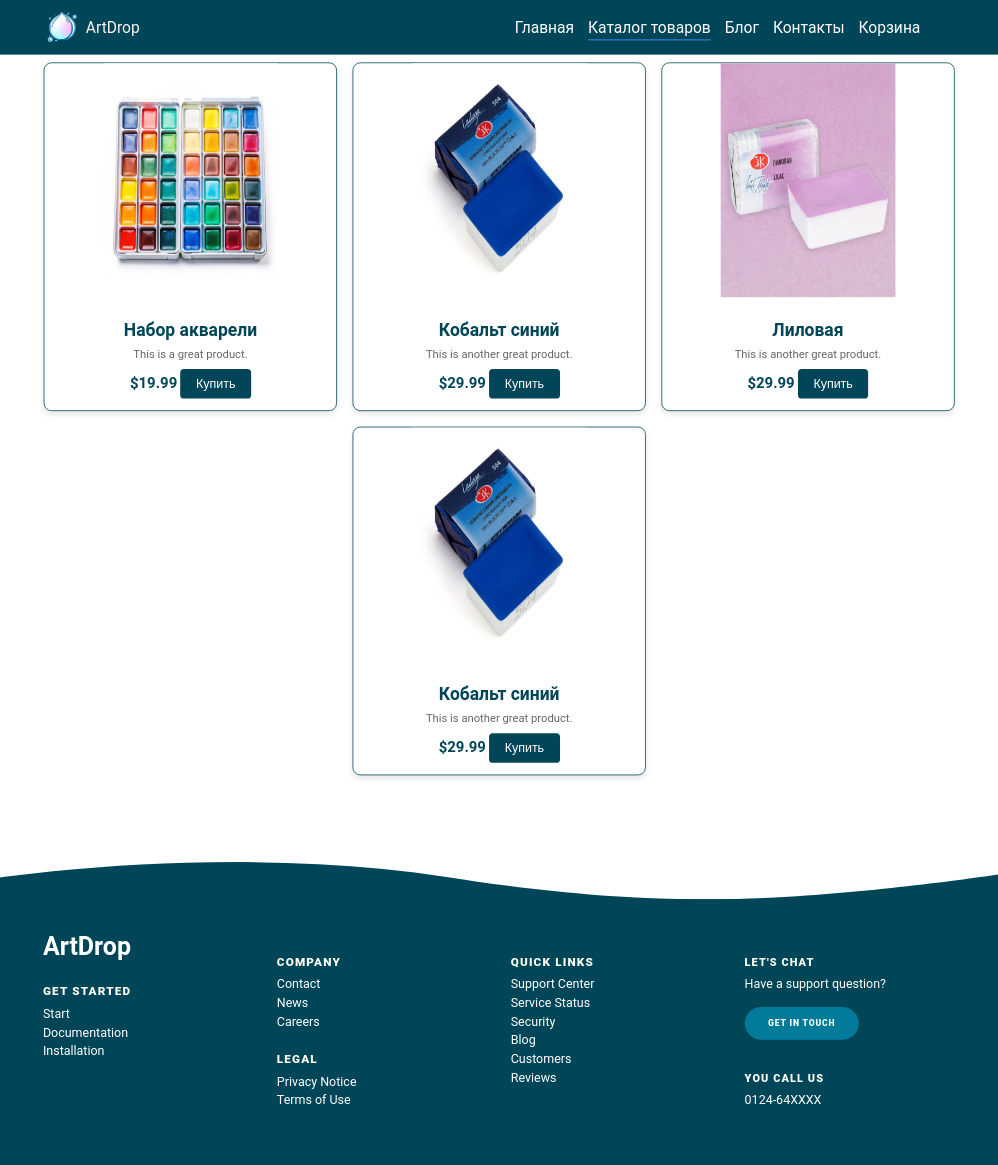
Repository: mnats725/art-drop
Page: catalog.html
An editor plug-in stored every save of this project. The page is shown before and after a run of saves, followed by the edit.
The browser window is 1280 px wide. The pictures show the whole page, at 78% of full size.

Above is the page before, as saved 2024-05-21 13:26:04.
Console error: TypeError: Cannot read properties of null (reading 'querySelectorAll')

### catalog.html
<!DOCTYPE html>
<html lang="en">
<head>
    <meta charset="UTF-8">
    <meta http-equiv="X-UA-Compatible" content="IE=edge">
    <meta name="viewport" content="width=device-width, initial-scale=1.0">
    <title>ArtDrop</title>
    <link rel="stylesheet" href="../css/style.css">
    <link rel="stylesheet" href="./css/catalog.css">
    <link href="https://fonts.googleapis.com/css2?family=Montserrat:wght@400;700&display=swap" rel="stylesheet">
</head>
<body>
    <div class="wrapper">
        <header class="header">
            <!-- Шапка -->
            <div class="logo">
                <a href="index.html">
                    <img src="./assets/img/logo.svg" alt="ArtDrop Logo">
                    <span>ArtDrop</span>
                </a>
            </div>
            <!-- Меню сайта -->
            <nav class="nav">
              <ul>
                  <li><a href="index.html">Главная</a></li>
                  <li class="active"><a href="catalog.html">Каталог товаров</a></li>
                  <li><a href="blog.html">Блог</a></li>
                  <li><a href="contacts.html">Контакты</a></li>
                  <li><a href="cart.html">Корзина</a></li>
              </ul>
          </nav>


            <!-- Иконка бургерменю -->
            <div class="burger">
                <span></span>
            </div>
        </header>
    </div>

    <div class="catalog-content">
      <div class="product-card">
          <img src="./assets/img/catalog/1.jpg" alt="Набор акварел" class="product-image">
          <div class="product-info">
              <h3 class="product-title">Набор акварели</h3>
              <p class="product-description">This is a great product.</p>
              <span class="product-price">$19.99</span>
              <button class="buy-button">Купить</button>
          </div>
      </div>
      <div class="product-card">
          <img src="./assets/img/catalog/2.jpg" alt="Кобальт синий<" class="product-image">
          <div class="product-info">
              <h3 class="product-title">Кобальт синий</h3>
              <p class="product-description">This is another great product.</p>
              <span class="product-price">$29.99</span>
              <button class="buy-button">Купить</button>
          </div>
      </div>
      <div class="product-card">
        <img src="./assets/img/catalog/3.jpg" alt="Лиловая" class="product-image">
        <div class="product-info">
            <h3 class="product-title">Лиловая</h3>
            <p class="product-description">This is another great product.</p>
            <span class="product-price">$29.99</span>
            <button class="buy-button">Купить</button>
        </div>
    </div>
    <div class="product-card">
      <img src="./assets/img/catalog/2.jpg" alt="Кобальт синий<" class="product-image">
      <div class="product-info">
          <h3 class="product-title">Кобальт синий</h3>
          <p class="product-description">This is another great product.</p>
          <span class="product-price">$29.99</span>
          <button class="buy-button">Купить</button>
      </div>
  </div>
      <!-- Добавьте больше карточек по мере необходимости -->
  </div>

    <div class="pg-footer">
        <footer class="footer">
          <svg class="footer-wave-svg" xmlns="http://www.w3.org/2000/svg" viewBox="0 0 1200 100" preserveAspectRatio="none">
            <path class="footer-wave-path" d="M851.8,100c125,0,288.3-45,348.2-64V0H0v44c3.7-1,7.3-1.9,11-2.9C80.7,22,151.7,10.8,223.5,6.3C276.7,2.9,330,4,383,9.8 c52.2,5.7,103.3,16.2,153.4,32.8C623.9,71.3,726.8,100,851.8,100z"></path>
          </svg>
          <div class="footer-content">
            <div class="footer-content-column">
              <div class="footer-logo">
                <a class="footer-logo-link" href="#">
                  <span class="hidden-link-text">ArtDrop</span>
                  <h1>ArtDrop</h1>
                </a>
              </div>
              <div class="footer-menu">
                <h2 class="footer-menu-name"> Get Started</h2>
                <ul id="menu-get-started" class="footer-menu-list">
                  <li class="menu-item menu-item-type-post_type menu-item-object-product">
                    <a href="#">Start</a>
                  </li>
                  <li class="menu-item menu-item-type-post_type menu-item-object-product">
                    <a href="#">Documentation</a>
                  </li>
                  <li class="menu-item menu-item-type-post_type menu-item-object-product">
                    <a href="#">Installation</a>
                  </li>
                </ul>
              </div>
            </div>
            <div class="footer-content-column">
              <div class="footer-menu">
                <h2 class="footer-menu-name"> Company</h2>
                <ul id="menu-company" class="footer-menu-list">
                  <li class="menu-item menu-item-type-post_type menu-item-object-page">
                    <a href="#">Contact</a>
                  </li>
                  <li class="menu-item menu-item-type-taxonomy menu-item-object-category">
                    <a href="#">News</a>
                  </li>
                  <li class="menu-item menu-item-type-post_type menu-item-object-page">
                    <a href="#">Careers</a>
                  </li>
                </ul>
              </div>
              <div class="footer-menu">
                <h2 class="footer-menu-name"> Legal</h2>
                <ul id="menu-legal" class="footer-menu-list">
                  <li class="menu-item menu-item-type-post_type menu-item-object-page menu-item-privacy-policy menu-item-170434">
                    <a href="#">Privacy Notice</a>
                  </li>
                  <li class="menu-item menu-item-type-post_type menu-item-object-page">
                    <a href="#">Terms of Use</a>
                  </li>
                </ul>
              </div>
            </div>
            <div class="footer-content-column">
              <div class="footer-menu">
                <h2 class="footer-menu-name"> Quick Links</h2>
                <ul id="menu-quick-links" class="footer-menu-list">
                  <li class="menu-item menu-item-type-custom menu-item-object-custom">
                    <a target="_blank" rel="noopener noreferrer" href="#">Support Center</a>
                  </li>
                  <li class="menu-item menu-item-type-custom menu-item-object-custom">
                    <a target="_blank" rel="noopener noreferrer" href="#">Service Status</a>
                  </li>
                  <li class="menu-item menu-item-type-post_type menu-item-object-page">
                    <a href="#">Security</a>
                  </li>
                  <li class="menu-item menu-item-type-post_type menu-item-object-page">
                    <a href="#">Blog</a>
                  </li>
                  <li class="menu-item menu-item-type-post_type_archive menu-item-object-customer">
                    <a href="#">Customers</a></li>
                  <li class="menu-item menu-item-type-post_type menu-item-object-page">
                    <a href="#">Reviews</a>
                  </li>
                </ul>
              </div>
            </div>
            <div class="footer-content-column">
              <div class="footer-call-to-action">
                <h2 class="footer-call-to-action-title"> Let's Chat</h2>
                <p class="footer-call-to-action-description"> Have a support question?</p>
                <a class="footer-call-to-action-button button" href="#" target="_self"> Get in Touch </a>
              </div>
              <div class="footer-call-to-action">
                <h2 class="footer-call-to-action-title"> You Call Us</h2>
                <p class="footer-call-to-action-link-wrapper"> <a class="footer-call-to-action-link" href="tel:0124-64XXXX" target="_self"> 0124-64XXXX </a></p>
              </div>
            </div>
        </footer>
      </div>
    <script>
        document.querySelector('.burger').addEventListener('click', function() {
            this.classList.toggle('active');
            document.querySelector('.nav').classList.toggle('open');
        })
        document.addEventListener("DOMContentLoaded", function () {
        let carousel = document.querySelector(".carousel");
       let items = carousel.querySelectorAll(".item");
        let dotsContainer = document.querySelector(".dots");

       // Insert dots into the DOM
       items.forEach((_, index) => {
      let dot = document.createElement("span");
      dot.classList.add("dot");
      if (index === 0) dot.classList.add("active");
      dot.dataset.index = index;
    dotsContainer.appendChild(dot);
  });

  let dots = document.querySelectorAll(".dot");

  // Function to show a specific item
  function showItem(index) {
    items.forEach((item, idx) => {
      item.classList.remove("active");
      dots[idx].classList.remove("active");
      if (idx === index) {
        item.classList.add("active");
        dots[idx].classList.add("active");
      }
    });
  }

  // Event listeners for buttons
  document.querySelector(".prev").addEventListener("click", () => {
    let index = [...items].findIndex((item) =>
      item.classList.contains("active")
    );
    showItem((index - 1 + items.length) % items.length);
  });

  document.querySelector(".next").addEventListener("click", () => {
    let index = [...items].findIndex((item) =>
      item.classList.contains("active")
    );
    showItem((index + 1) % items.length);
  });

  // Event listeners for dots
  dots.forEach((dot) => {
    dot.addEventListener("click", () => {
      let index = parseInt(dot.dataset.index);
      showItem(index);
    });
  });
});

    </script>
</body>
</html>

### css/style.css
html, body {
    height: 100%;
    width: 100%;
    margin: 0;
    padding: 0;
}

body {
    display: flex;
    flex-direction: column;
    font-family: 'Roboto', sans-serif;
}

*{
    padding: 0;
    margin: 0;
    box-sizing: border-box;
}

.wrapper{
    flex-grow: 1;
}

.open{
    display: flex !important;
}

.header {
    display: flex;
    align-items: center;
    justify-content: space-between;
    min-height: 70px;
    background-color: #004658;
    color: #FAF6F2;
    padding: 0 60px;
    font-size: 20px;
}

.logo a {
    display: flex;
    align-items: center;
    text-decoration: none; /* Убираем подчеркивание ссылки */
    color: inherit; /* Наследуем цвет текста от родительского элемента */
}

.logo img {
    width: 40px; /* Укажите желаемую ширину для логотипа */
    height: auto;
    margin-right: 10px; /* Добавим небольшое расстояние между логотипом и текстом */
}

.nav {
    display: flex;
    width: 600px;
    padding: 0 40px;
}

.nav ul {
    width: 100%;
    list-style: none;
    display: flex;
    justify-content: space-between;
}

.nav ul li {
    position: relative; /* Добавим позиционирование для создания эффекта */
    cursor: pointer; /* Указатель при наведении для обозначения активного элемента */
    transition: color 0.3s ease; /* Анимация при наведении */
}

.nav ul li::after {
    content: '';
    position: absolute;
    bottom: -5px;
    left: 0;
    width: 0; /* Начальное значение нулевой ширины */
    height: 2px;
    background-color: #2271B3; /* Цвет линии */
    transition: width 0.3s ease; /* Анимация изменения ширины */
}

.nav ul li:hover::after {
    width: 100%; /* Увеличиваем ширину линии при наведении */
}

.nav ul li:hover,
.nav ul li.active { /* Изменение цвета текста при наведении и активном состоянии */
    color: #2271B3; /* Цвет текста при наведении и активном состоянии */
}

.nav ul li.active::after {
    content: '';
    position: absolute;
    bottom: -5px;
    left: 0;
    width: 100%;
    height: 2px;
    background-color: #2271B3; /* Цвет подчеркивания активного элемента */
}

* {
    margin: 0;
    padding: 0;
  }
  a {
    color: #fff;
    text-decoration: none;
  }



  .footer {
    margin-top: 100px;
      background-color: #004658;
      color: #fff;

  }
  .footer-wave-svg {
      background-color: transparent;
      display: block;
      height: 30px;
      position: relative;
      top: -1px;
      width: 100%;
  }
  .footer-wave-path {
      fill: white;
  }

  .footer-content {
      margin-left: auto;
      margin-right: auto;
      max-width: 1230px;

      padding: 40px 15px 815px;
      position: relative;
  }

  .footer-content-column {
      box-sizing: border-box;
      float: left;
      padding-left: 15px;
      padding-right: 15px;
      width: 100%;
      color: #fff;
  }

  .footer-content-column ul li a {
    color: #fff;
    text-decoration: none;
  }

  .footer-logo-link {
      display: inline-block;
  }
  .footer-menu {
      margin-top: 30px;
  }

  .footer-menu-name {
      color: #fffff2;
      font-size: 15px;
      font-weight: 900;
      letter-spacing: .1em;
      line-height: 18px;
      margin-bottom: 0;
      margin-top: 0;
      text-transform: uppercase;
  }
  .footer-menu-list {
      list-style: none;
      margin-bottom: 0;
      margin-top: 10px;
      padding-left: 0;
  }
  .footer-menu-list li {
      margin-top: 5px;
  }

  .footer-call-to-action-description {
      color: #fffff2;
      margin-top: 10px;
      margin-bottom: 20px;
  }
  .footer-call-to-action-button:hover {
      background-color: #fffff2;
      color: #00bef0;
  }
  .button:last-of-type {
      margin-right: 0;
  }
  .footer-call-to-action-button {
      background-color: #027b9a;
      border-radius: 21px;
      color: #fffff2;
      display: inline-block;
      font-size: 11px;
      font-weight: 900;
      letter-spacing: .1em;
      line-height: 18px;
      padding: 12px 30px;
      margin: 0 10px 10px 0;
      text-decoration: none;
      text-transform: uppercase;
      transition: background-color .2s;
      cursor: pointer;
      position: relative;
  }
  .footer-call-to-action {
      margin-top: 30px;
  }
  .footer-call-to-action-title {
      color: #fffff2;
      font-size: 14px;
      font-weight: 900;
      letter-spacing: .1em;
      line-height: 18px;
      margin-bottom: 0;
      margin-top: 0;
      text-transform: uppercase;
  }
  .footer-call-to-action-link-wrapper {
      margin-bottom: 0;
      margin-top: 10px;
      color: #fff;
      text-decoration: none;
  }
  .footer-call-to-action-link-wrapper a {
      color: #fff;
      text-decoration: none;
  }





  .footer-social-links {
      bottom: 0;
      height: 54px;
      position: absolute;
      right: 0;
      width: 236px;
  }

  .footer-social-amoeba-svg {
      height: 54px;
      left: 0;
      display: block;
      position: absolute;
      top: 0;
      width: 236px;
  }

  .footer-social-amoeba-path {
      fill: #027b9a;
  }

  .footer-social-link.linkedin {
      height: 26px;
      left: 3px;
      top: 11px;
      width: 26px;
  }

  .footer-social-link {
      display: block;
      padding: 10px;
      position: absolute;
  }

  .hidden-link-text {
      position: absolute;
      clip: rect(1px 1px 1px 1px);
      clip: rect(1px,1px,1px,1px);
      -webkit-clip-path: inset(0px 0px 99.9% 99.9%);
      clip-path: inset(0px 0px 99.9% 99.9%);
      overflow: hidden;
      height: 1px;
      width: 1px;
      padding: 0;
      border: 0;
      top: 50%;
  }

  .footer-social-icon-svg {
      display: block;
  }

  .footer-social-icon-path {
      fill: #fffff2;
      transition: fill .2s;
  }

  .footer-social-link.twitter {
      height: 28px;
      left: 62px;
      top: 3px;
      width: 28px;
  }

  .footer-social-link.youtube {
      height: 24px;
      left: 123px;
      top: 12px;
      width: 24px;
  }

  .footer-social-link.github {
      height: 34px;
      left: 172px;
      top: 7px;
      width: 34px;
  }


  /* Media Query For different screens */
  @media (min-width:320px) and (max-width:479px)  { /* smartphones, portrait iPhone, portrait 480x320 phones (Android) */
    .footer-content {
      margin-left: auto;
      margin-right: auto;
      max-width: 1230px;
      padding: 40px 15px 1050px;
      position: relative;
    }
  }
  @media (min-width:480px) and (max-width:599px)  { /* smartphones, Android phones, landscape iPhone */
    .footer-content {
      margin-left: auto;
      margin-right: auto;
      max-width: 1230px;
      padding: 40px 15px 1050px;
      position: relative;
    }
  }
  @media (min-width:600px) and (max-width: 800px)  { /* portrait tablets, portrait iPad, e-readers (Nook/Kindle), landscape 800x480 phones (Android) */
    .footer-content {
      margin-left: auto;
      margin-right: auto;
      max-width: 1230px;
      padding: 40px 15px 1050px;
      position: relative;
    }
  }
  @media (min-width:801px)  { /* tablet, landscape iPad, lo-res laptops ands desktops */

  }
  @media (min-width:1025px) { /* big landscape tablets, laptops, and desktops */

  }
  @media (min-width:1281px) { /* hi-res laptops and desktops */

  }




  @media (min-width: 760px) {
    .footer-content {
        margin-left: auto;
        margin-right: auto;
        max-width: 1230px;
        padding: 40px 15px 300px;
        position: relative;
    }

    .footer-wave-svg {
        height: 50px;
    }

    .footer-content-column {
        width: 24.99%;
    }
  }
  @media (min-width: 568px) {
    /* .footer-content-column {
        width: 49.99%;
    } */
  }


.burger{
    display: none;
    position: relative;
    z-index: 50;
    align-items: center;
    justify-content: flex-end;
    width: 30px;
    height: 18px;
}

.burger span{
    height: 2px;
    width: 80%;
    transform: scale(1);
    background-color: #FAF6F2;
}

.burger::before, .burger::after{
    content: '';
    position: absolute;
    height: 2px;
    width: 100%;
    background-color: #FAF6F2;
    transition: all 0.3s ease 0s;
}

.burger::before { top: 0 }

.burger::after { bottom: 0 }


/* Добавляем класс active для анимации иконки бургера */
.burger.active span { transform: scale(0) }

.burger.active::before{
    top: 50%;
    transform: rotate(-45deg) translate(0, -50%);
}

.burger.active::after{
    bottom: 50%;
    transform: rotate(45deg) translate(0, 50%);
}


/* При разрешении экрана 900px и ниже, выводим на экран иконку бургера */
@media (max-width: 900px) {

    .burger { display: flex }

    .nav{
        display: none;
        flex-direction: column;
        position: fixed;
        height: 100%;
        width: 100%;
        top: 0; bottom: 0; left: 0; right: 0;
        z-index: 50;
        overflow-y: auto;
        padding: 50px 40px;
        background-color: #388ae7;
        animation: burgerAnimation 0.4s;
    }

    .nav ul{
        flex-direction: column;
        row-gap: 30px;
    }


}

@keyframes burgerAnimation {
    from {opacity: 0}
    to {opacity: 1}
}

### css/catalog.css
.catalog-content {
  display: flex;
  flex-wrap: wrap;
  gap: 20px;
  justify-content: center;
  padding: 10px;
}

.product-card {
  background-color: #ffffff;
  border: 1px solid #004658;
  border-radius: 10px;
  box-shadow: 0 4px 8px rgba(0, 0, 0, 0.1);
  overflow: hidden;
  width: calc(33% - 40px); /* Ширина карточек с учетом отступов */
  text-align: center;
  transition: transform 0.3s ease;
  box-sizing: border-box; /* Учитывает padding и border в общей ширине */
}

.product-card:hover {
  transform: scale(1.05);
}

.product-image {
  width: 60%;
  height: 300px;
}

.product-info {
  padding: 15px;
}

.product-title {
  font-size: 1.4em;
  color: #004658;
  margin: 10px 0;
}

.product-description {
  font-size: 0.9em;
  color: #666;
  margin: 10px 0;
}

.product-price {
  font-size: 1.2em;
  color: #004658;
  font-weight: bold;
}

.buy-button {
  background-color: #004658;
  color: #ffffff;
  border: none;
  padding: 10px 20px;
  border-radius: 5px;
  cursor: pointer;
  font-size: 1em;
  transition: background-color 0.3s ease;
}

.buy-button:hover {
  background-color: #003244;
}

/* Адаптивность */
@media (max-width: 1200px) {
  .product-card {
      width: calc(50% - 30px); /* Ширина карточек при средней ширине экрана */
  }
}

@media (max-width: 768px) {
  .product-card {
      width: calc(100% - 20px); /* Ширина карточек при узкой ширине экрана */
  }
}

After the next 3 saves:
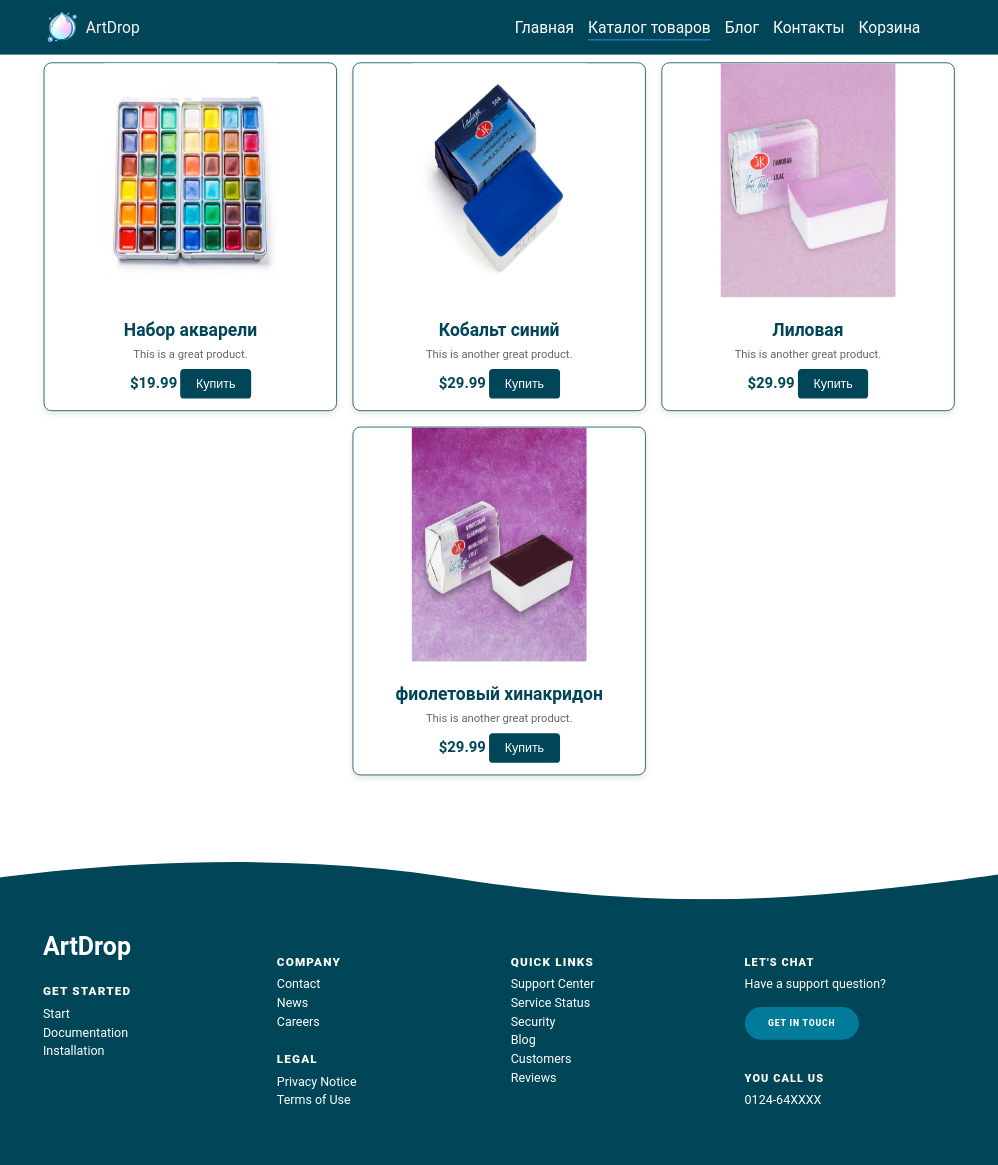
The 3 saves are shown as one change because they came seconds apart.
The last was saved 35 s later.
--- a/catalog.html
+++ b/catalog.html
@@ -67,9 +67,9 @@
         </div>
     </div>
     <div class="product-card">
-      <img src="./assets/img/catalog/2.jpg" alt="Кобальт синий<" class="product-image">
+      <img src="./assets/img/catalog/4.jpg" alt="фиолетовый хинакридон<" class="product-image">
       <div class="product-info">
-          <h3 class="product-title">Кобальт синий</h3>
+          <h3 class="product-title">фиолетовый хинакридон</h3>
           <p class="product-description">This is another great product.</p>
           <span class="product-price">$29.99</span>
           <button class="buy-button">Купить</button>
